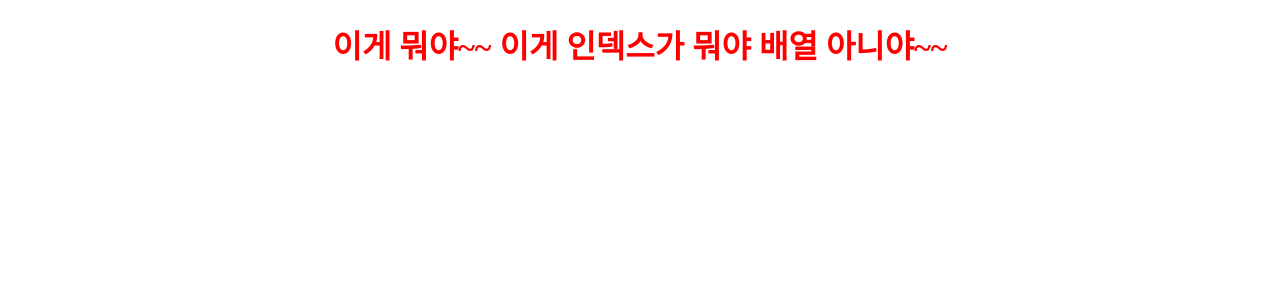
Repository: Rostreaca/0922_Web
Page: MyFirstWebProject/src/main/webapp/WEB-INF/index.html
These files come from the project's save history. The page is drawn as it stood at one moment and after the next save; the edit follows.
The browser window is 1280 px wide. The pictures show the whole page.

Above is the page before, as saved 2025-09-22 07:09:55.

### MyFirstWebProject/src/main/webapp/WEB-INF/index.html
<!DOCTYPE html>
<html>
<head>
<meta charset="UTF-8">
<title>안녕하세요 인 덱스입니다</title>
<style>
	h1{
		color : red;
		text-align: center;

	}
</style>
</head>
<body>
	<!--
		1) 새로운 워크스페이스를 만들어서 이클립스로 열기

		2) 작업 환경 구성

			2_1) 보여질 U.I를 구성

			2_2) 서버 실행환경 구성[Window - Preferences]
			(Server - Runtime Environments)
			이클립스 상에서 서버를 실행할 수 있도록 실행환경을 연동하는 과정
			Add버튼 클릭 -> 설치한 ApacheTomcat과 동일한 버전 선택 -> Next버튼 클릭
			-> Browse버튼 클릭 -> 설치한 톰캣 폴더 선택 -> Finish버튼 클릭

		3) 서버 생성하기

			3_1) [Servers] - [New] - [Server]

			3_2) 창에 기본적으로 2_2에서 세팅해놓은 Runtime이 잡혀 있을 것

			3_3)  Finish버튼 클릭

			3_4) 서버 세팅하기(만들어진 서버 더블클릭)

				3_4_1) 왼쪽하단에 ServerOption탭에 Server Module Publishing 체크
				=> file upload / download 경로 지정이 운영체제 상 숨김폴더로 지정

				3_4_2) 포트번호를 바꿔야한다면 재설정 => 작업이 끝나면 반드시 저장

			4) Dynamic Web Project만들기 [Project Explorer - new]

				4_1) 프로젝트명 신중하게 만들기 - Next

				4_2) default output folder 경로 재설정 :
					 src/main/webapp/WEB-INF/classes
				=> classes라는 폴더 안에 컴파일이 끝난 .class파일이 들어감
				WEB-INF안에 만들어두지 않으면 외부에서 접근이 가능하기 때문에 보안상 위험함

				4_3) Context root : 애플리케이션만의 고유한 이름으로 지어줄 것(기본값 : 프로젝트명)
				재정의해서 쓰는것이 보편적이고 실제로 자주 바뀔 수 있음
				=> 하나의 서버로 여러 개의 애플리케이션을 구동할 수 있음
				고유한 이름을 통해 애플리케이션에 접근하는 경로로 사용할 수 있음

				Content Directory : 실제로 배포되는 폴더(서버에 올라가는 폴더)의 최상위 폴더명!
				=> 변경 시 default output folder로 돌아가서 그쪽도 변경해야 함

				Generate web.xml deployement descriptor : 기본적으로는 체크가 안돼있음
				=> web.xml에는 애플리케이션 전체 정보가 들어있음(메인페이지 지정)
				굳이 바꿀 일 없어~~~ 하면은 안만들어도 무방
				혹시나 수정을 할 수도 있고 공부를 해야하니까 꼭 만들자!!!!

				Finish버튼 클릭

			5) 새로만들어진 Project 확인하기

				5_1) src - main - webapp - WEB-INF - classes폴더 잘 있나

				5_2) src - main - webapp - WEB-INF - web.xml 잘 있나

				5_3) src - main - webapp - index.html파일 만들기

			6) 생성해놓은 Server에 올리기

				[Servers] -> Server 오른쪽 클릭 -> Add and Remove -> 왼쪽에서 선택 후 클릭
				-> Finish

			7) 서버 실행 잘 되는거 확인했으면 브라우저 켜서 URL요청 보내서 index파일 잘 나오나 확인
		-->

	<h1>이게 뭐야~~ 이게 인덱스가 뭐야 배열 아니야~~</h1>
</body>
</html>

After the next save:
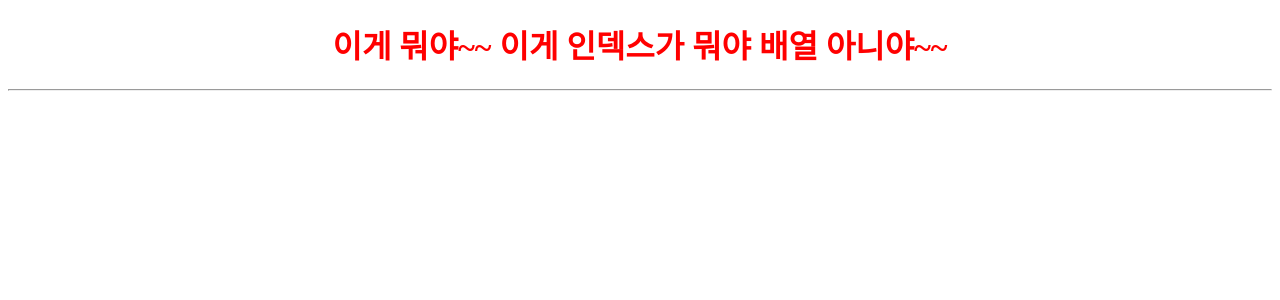
Saved 83 s later.
--- a/MyFirstWebProject/src/main/webapp/WEB-INF/index.html
+++ b/MyFirstWebProject/src/main/webapp/WEB-INF/index.html
@@ -81,5 +81,7 @@
 		-->
 
 	<h1>이게 뭐야~~ 이게 인덱스가 뭐야 배열 아니야~~</h1>
+
+	<hr>
 </body>
 </html>
